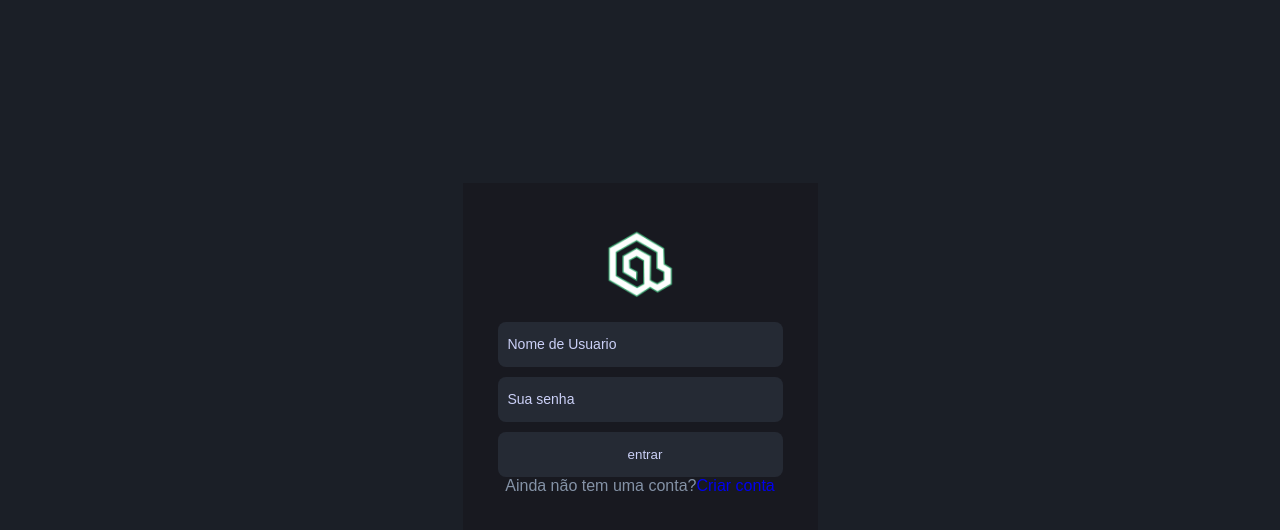
Repository: ichumbo/StarkDashboard
Page: login.html
The author's editor kept a copy of each file at every save. The page is drawn from the files as they stood at one save, then again after the next save.
The browser window is 1280 px wide. The pictures show the whole page.

Above is the page before, as saved 2023-06-14 01:35:14.

After the next save:
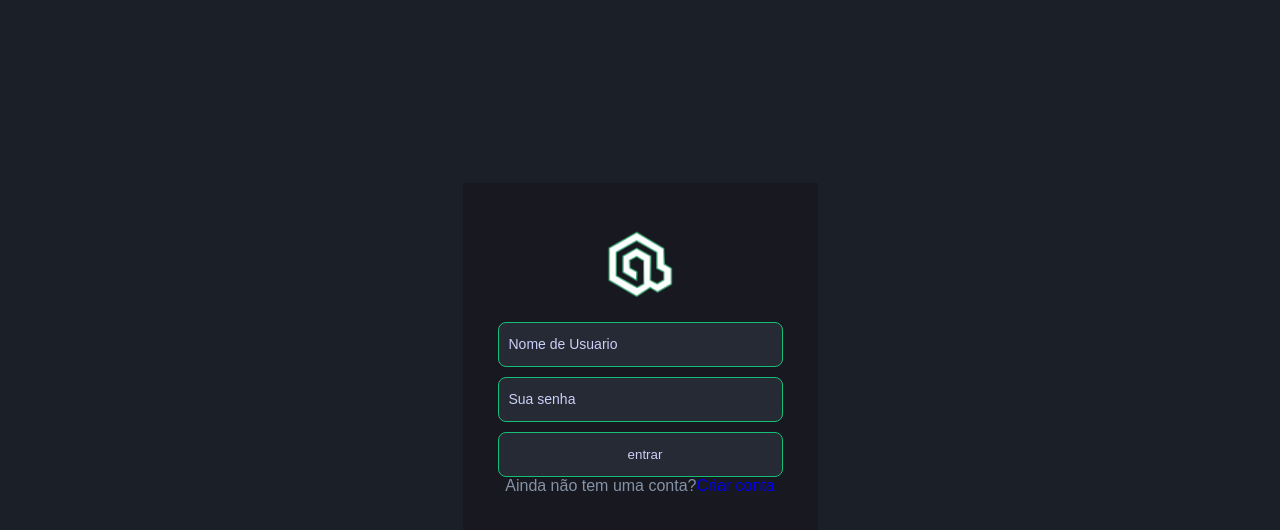
Saved 50 s later.
--- a/css/login.css
+++ b/css/login.css
@@ -35,7 +35,7 @@
     margin-top: 10px;
     background-color: #252A34;
     color: #CBD0F7;
-    border: none;
+    border: 1px solid #16BF78;
     height: 45px;
     outline: none;
     border-radius: 8px;
